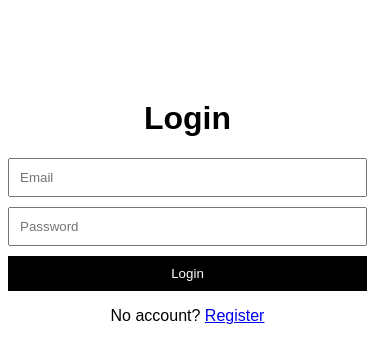
Repository: DiyBookOfLife/pro-tasker-mern-app
Page: / (app in client/)
These files come from the project's save history. The page is drawn as it stood at one moment and after the next save; the edit follows.
The browser window is 375 px wide. The pictures show the whole page.
The page's requests for data from a server got no answer. The project was rebuilt for these pictures with package versions that can differ from the ones it lists, and the page was loaded fresh each time. No one was signed in, and anything a server would have sent is missing. Also part of the build but not shown: client/vite.config.js, client/src/components/ProtectedRoute.jsx, client/src/pages/RegisterPage.jsx, client/src/pages/DashboardPage.jsx, client/src/pages/ProjectPage.jsx.

Above is the page before, as saved 2026-04-03 14:04:24.

### client/index.html
<!doctype html>
<html lang="en">
  <head>
    <meta charset="UTF-8" />
    <link rel="icon" type="image/svg+xml" href="/favicon.svg" />
    <meta name="viewport" content="width=device-width, initial-scale=1.0" />
    <title>client</title>
  </head>
  <body>
    <div id="root"></div>
    <script type="module" src="/src/main.jsx"></script>
  </body>
</html>

### client/src/main.jsx
import { StrictMode } from "react";
import { createRoot } from "react-dom/client";
import App from "./App.jsx";
import "./styles.css";

createRoot(document.getElementById("root")).render(
  <StrictMode>
    <App />
  </StrictMode>,
);

### client/src/App.jsx
import { BrowserRouter, Navigate, Route, Routes } from "react-router-dom";
import { AuthProvider, useAuth } from "./context/AuthContext";
import ProtectedRoute from "./components/ProtectedRoute";
import LoginPage from "./pages/LoginPage";
import RegisterPage from "./pages/RegisterPage";
import DashboardPage from "./pages/DashboardPage";
import ProjectPage from "./pages/ProjectPage";

const HomeRedirect = () => {
  const { user, loading } = useAuth();

  if (loading) return <p>Loading...</p>;
  return user ? <DashboardPage /> : <Navigate to="/login" replace />;
};

const App = () => {
  return (
    <AuthProvider>
      <BrowserRouter>
        <Routes>
          <Route path="/" element={<HomeRedirect />} />
          <Route path="/login" element={<LoginPage />} />
          <Route path="/register" element={<RegisterPage />} />
          <Route
            path="/projects/:projectId"
            element={
              <ProtectedRoute>
                <ProjectPage />
              </ProtectedRoute>
            }
          />
        </Routes>
      </BrowserRouter>
    </AuthProvider>
  );
};

export default App;

### client/src/styles.css
.container {
  max-width: 400px;
  margin: 100px auto;
  text-align: center;
  font-family: Arial;
}

input {
  display: block;
  width: 100%;
  margin: 10px 0;
  padding: 10px;
}

button {
  width: 100%;
  padding: 10px;
  background: black;
  color: white;
  border: none;
  cursor: pointer;
}

button:hover {
  background: #333;
}

input,
button {
  box-sizing: border-box;
}

### client/src/context/AuthContext.jsx
import { createContext, useContext, useEffect, useState } from "react";
import request from "../api";

const AuthContext = createContext();

export const AuthProvider = ({ children }) => {
  const [user, setUser] = useState(null);
  const [loading, setLoading] = useState(true);

  const login = (data) => {
    localStorage.setItem("token", data.token);
    setUser(data.user);
  };

  const logout = () => {
    localStorage.removeItem("token");
    setUser(null);
  };

  useEffect(() => {
    const loadUser = async () => {
      const token = localStorage.getItem("token");

      if (!token) {
        setLoading(false);
        return;
      }

      try {
        const me = await request("/users/me");
        setUser(me);
      } catch {
        localStorage.removeItem("token");
      } finally {
        setLoading(false);
      }
    };

    loadUser();
  }, []);

  return (
    <AuthContext.Provider value={{ user, setUser, login, logout, loading }}>
      {children}
    </AuthContext.Provider>
  );
};

export const useAuth = () => useContext(AuthContext);

### client/src/pages/LoginPage.jsx
import { useState } from "react";
import { Link, useNavigate } from "react-router-dom";
import API from "../api/axios";
import { useAuth } from "../context/AuthContext";

const LoginPage = () => {
  const [form, setForm] = useState({ email: "", password: "" });
  const [error, setError] = useState("");
  const { login } = useAuth();
  const navigate = useNavigate();

  const handleChange = (e) => {
    setForm({ ...form, [e.target.name]: e.target.value });
  };

  const handleSubmit = async (e) => {
    e.preventDefault();
    setError("");

    try {
      const { data } = await API.post("/users/login", form);

      login(data);
      navigate("/");
    } catch (err) {
      setError(err.message);
    }
  };

  return (
    <div className="container auth-page">
      <h1>Login</h1>
      <form onSubmit={handleSubmit} className="card form">
        <input
          name="email"
          type="email"
          placeholder="Email"
          value={form.email}
          onChange={handleChange}
        />
        <input
          name="password"
          type="password"
          placeholder="Password"
          value={form.password}
          onChange={handleChange}
        />
        <button type="submit">Login</button>
        {error && <p className="error">{error}</p>}
      </form>
      <p>
        No account? <Link to="/register">Register</Link>
      </p>
    </div>
  );
};

export default LoginPage;

### client/src/api/axios.js
// src/api/axios.js

import axios from "axios";

const API = axios.create({
  baseURL: import.meta.env.VITE_API_URL,
});

// attach token automatically
API.interceptors.request.use((req) => {
  const token = localStorage.getItem("token");

  if (token) {
    req.headers.Authorization = `Bearer ${token}`;
  }

  return req;
});

// handle errors globally
API.interceptors.response.use(
  (res) => res,
  (err) => {
    const message = err.response?.data?.message || "Something went wrong";
    return Promise.reject(new Error(message));
  },
);

export default API;

After the next save:
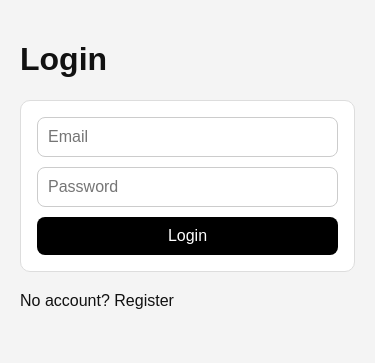
Saved 11 s later.
--- a/client/src/styles.css
+++ b/client/src/styles.css
@@ -1,31 +1,106 @@
-.container {
-  max-width: 400px;
-  margin: 100px auto;
-  text-align: center;
-  font-family: Arial;
+* {
+  box-sizing: border-box;
 }
 
-input {
-  display: block;
-  width: 100%;
-  margin: 10px 0;
-  padding: 10px;
+body {
+  margin: 0;
+  font-family: Arial, sans-serif;
+  background: #f4f4f4;
+  color: #111;
+}
+
+a {
+  color: inherit;
+  text-decoration: none;
+}
+
+button,
+input,
+textarea,
+select {
+  font: inherit;
 }
 
 button {
+  cursor: pointer;
+}
+
+.container {
+  width: min(100%, 900px);
+  margin: 0 auto;
+  padding: 20px;
+}
+
+.auth-page {
+  max-width: 450px;
+}
+
+.topbar,
+.row {
+  display: flex;
+  gap: 10px;
+  justify-content: space-between;
+  align-items: center;
+}
+
+.grid {
+  display: grid;
+  grid-template-columns: repeat(auto-fit, minmax(240px, 1fr));
+  gap: 16px;
+  margin-top: 20px;
+}
+
+.card {
+  background: white;
+  padding: 16px;
+  border-radius: 10px;
+  border: 1px solid #ddd;
+}
+
+.form {
+  display: grid;
+  gap: 10px;
+  margin-bottom: 20px;
+}
+
+input,
+textarea,
+select {
   width: 100%;
   padding: 10px;
+  border: 1px solid #ccc;
+  border-radius: 8px;
+}
+
+textarea {
+  min-height: 100px;
+  resize: vertical;
+}
+
+button,
+.button-link {
   background: black;
   color: white;
   border: none;
-  cursor: pointer;
+  padding: 10px 14px;
+  border-radius: 8px;
+  display: inline-block;
+  text-align: center;
 }
 
-button:hover {
-  background: #333;
+.error {
+  color: red;
 }
 
-input,
-button {
-  box-sizing: border-box;
+.back-link {
+  display: inline-block;
+  margin-bottom: 16px;
 }
+
+@media (max-width: 600px) {
+  .topbar,
+  .row {
+    flex-direction: column;
+    align-items: stretch;
+  }
+}
